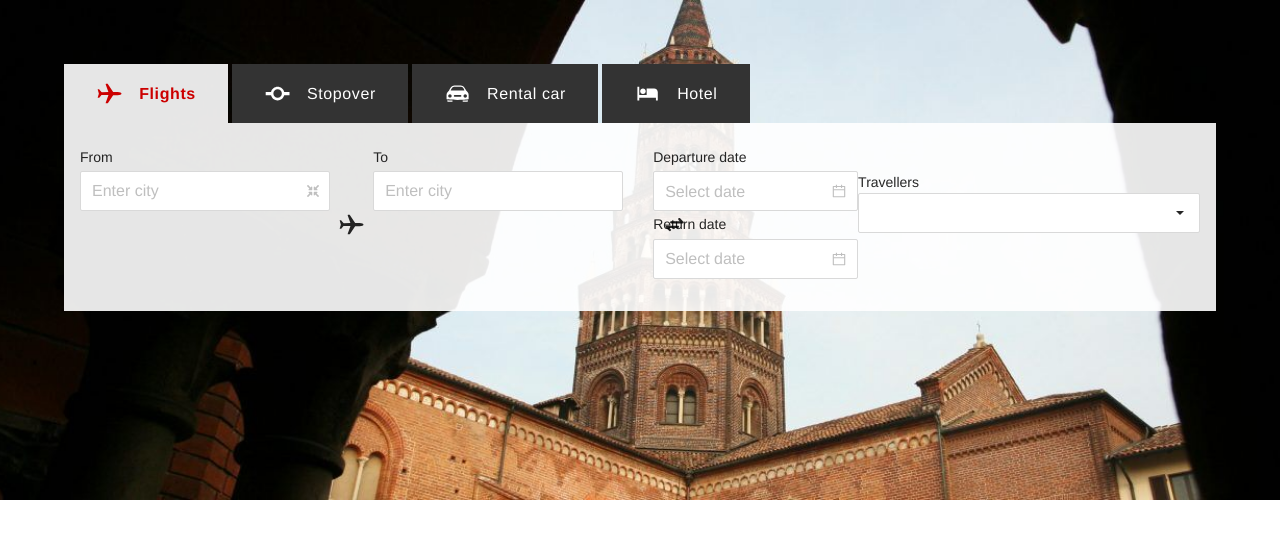
Repository: guidogr95/Everymundo-Excercise
Page: /
An editor plug-in stored every save of this project. The page is shown before and after the next save, followed by the edit.
The browser window is 1280 px wide. The pictures show the whole page.
The project was rebuilt for these pictures with package versions that can differ from the ones it lists, and the page was loaded fresh each time. Also part of the build but not shown: src/components/CustomSpin/customspin.scss.

Above is the page before, as saved 2021-07-01 20:37:58.

After the next save:
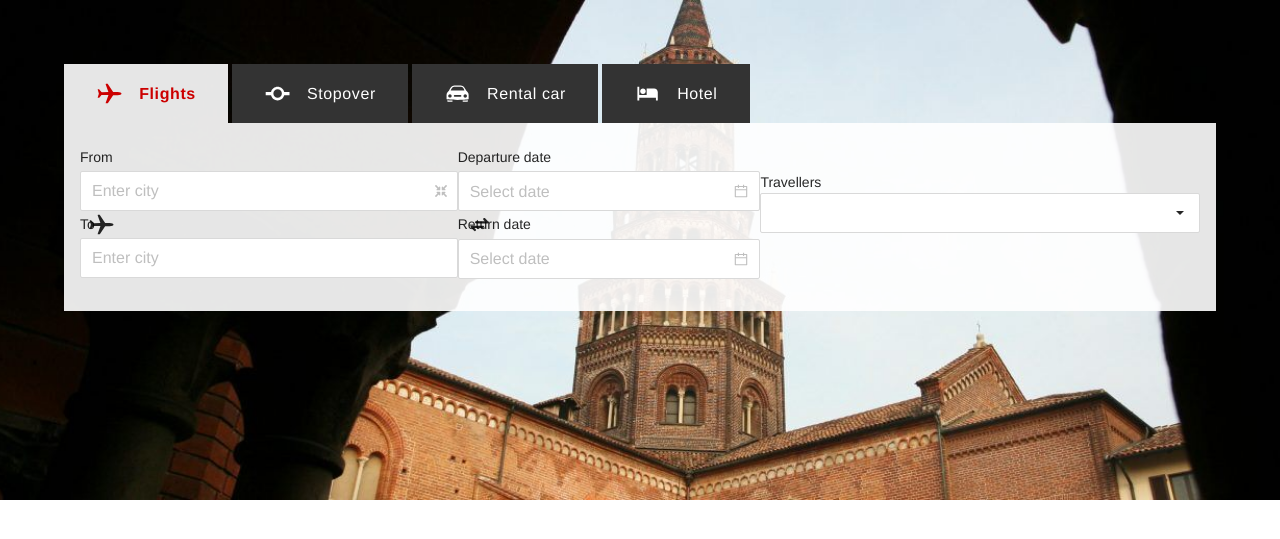
Saved 5 s later.
--- a/src/components/BookingMask/FlightsTab/AirportInputs/index.jsx
+++ b/src/components/BookingMask/FlightsTab/AirportInputs/index.jsx
@@ -6,8 +6,6 @@ import AirportInput from './AirportInput'
 // redux
 import { useDispatch, useSelector } from 'react-redux'
 import { geoUpdateOrigin, geoUpdateDestination } from 'src/redux/reducers/flightReducer'
-
-import './airportinputs.scss'
 
 export default function AirportInputs () {
   const state = useSelector(state => state.geo)
